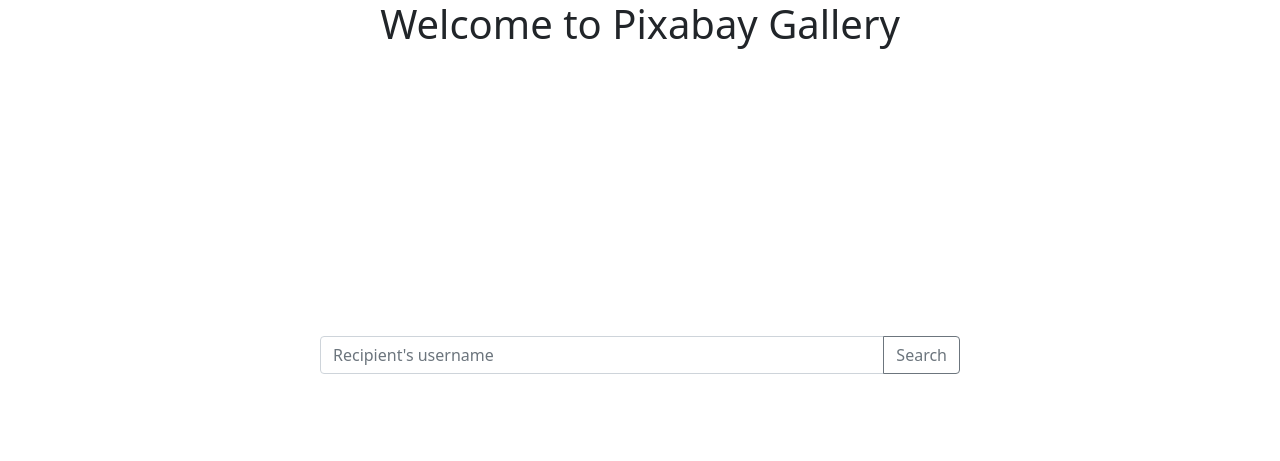
Repository: mehedi9465/PixaBay-Gallery
Page: index.html
These files come from the project's save history. The page is drawn as it stood at one moment and after a run of saves; the edit follows.
The browser window is 1280 px wide. The pictures show the whole page.

Above is the page before, as saved 2023-05-09 13:16:20.

After the next 3 saves:
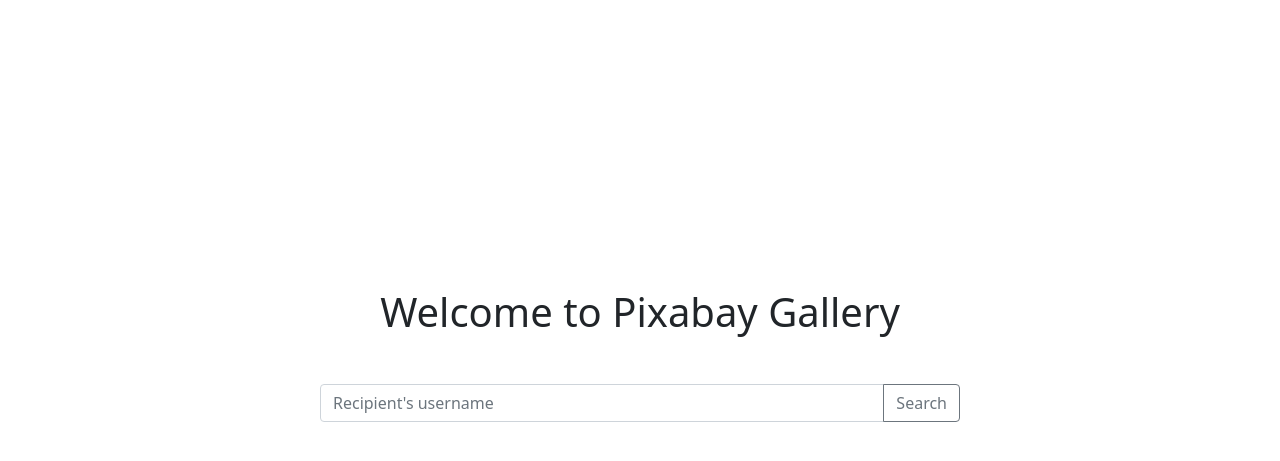
The 3 saves are shown as one change because they came seconds apart.
The last was saved 10 s later.
--- a/index.html
+++ b/index.html
@@ -26,10 +26,10 @@
   <body>
     <main>
       <div class="position-relative" style="height: 80vh">
+        <div
+        class="text-center fs-1 position-absolute top-50 bottom-50 start-0 end-0 m-auto"
+        >
         <h1 class="text-center fs-1">Welcome to Pixabay Gallery</h1>
-        <div
-          class="text-center fs-1 position-absolute top-50 bottom-50 start-0 end-0 m-auto"
-        >
           <div class="input-group mt-5 mb-5 w-50 mx-auto overflow-hidden">
             <input
               type="text"
